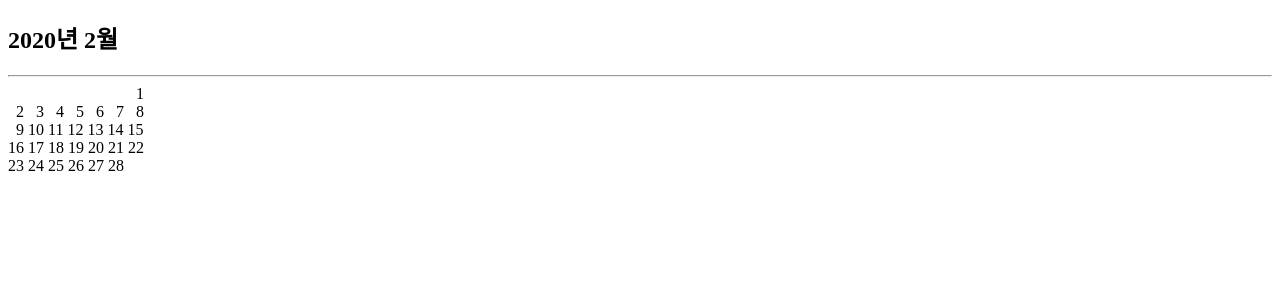
Repository: jpg723/Assignment
Page: http://localhost/LAB6_4/LAB6_4.jsp
These files come from the project's save history. The page is drawn as it stood at one moment and after the next save; the edit follows.
The browser window is 1280 px wide. The pictures show the whole page.
The page is served by Tomcat 9.

Above is the page before, as saved 2021-11-01 04:57:12.

After the next save:
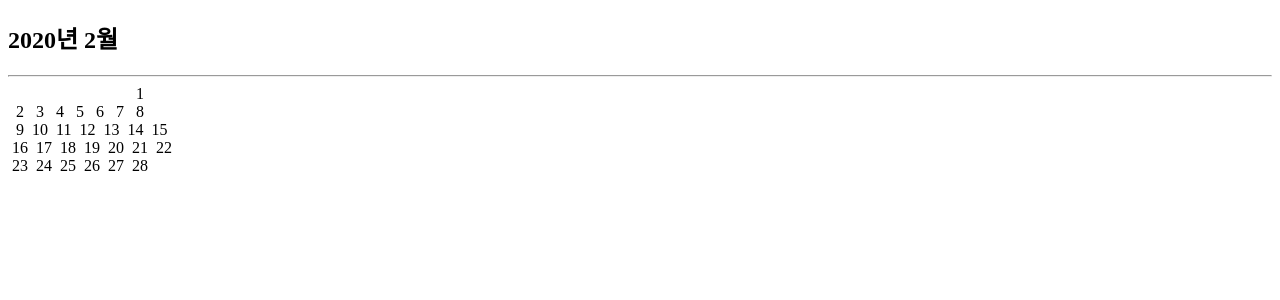
Saved 23 s later.
--- a/웹프로그래밍/LAB6_4/src/main/webapp/LAB6_4.jsp
+++ b/웹프로그래밍/LAB6_4/src/main/webapp/LAB6_4.jsp
@@ -42,7 +42,7 @@
 		if(i <= 9)
 			out.println("&nbsp;&nbsp;" + i);
 		else
-			out.println(i);
+			out.println("&nbsp;" + i);
 		if(day % 7 == 0)
 			out.println("<br>");
 
